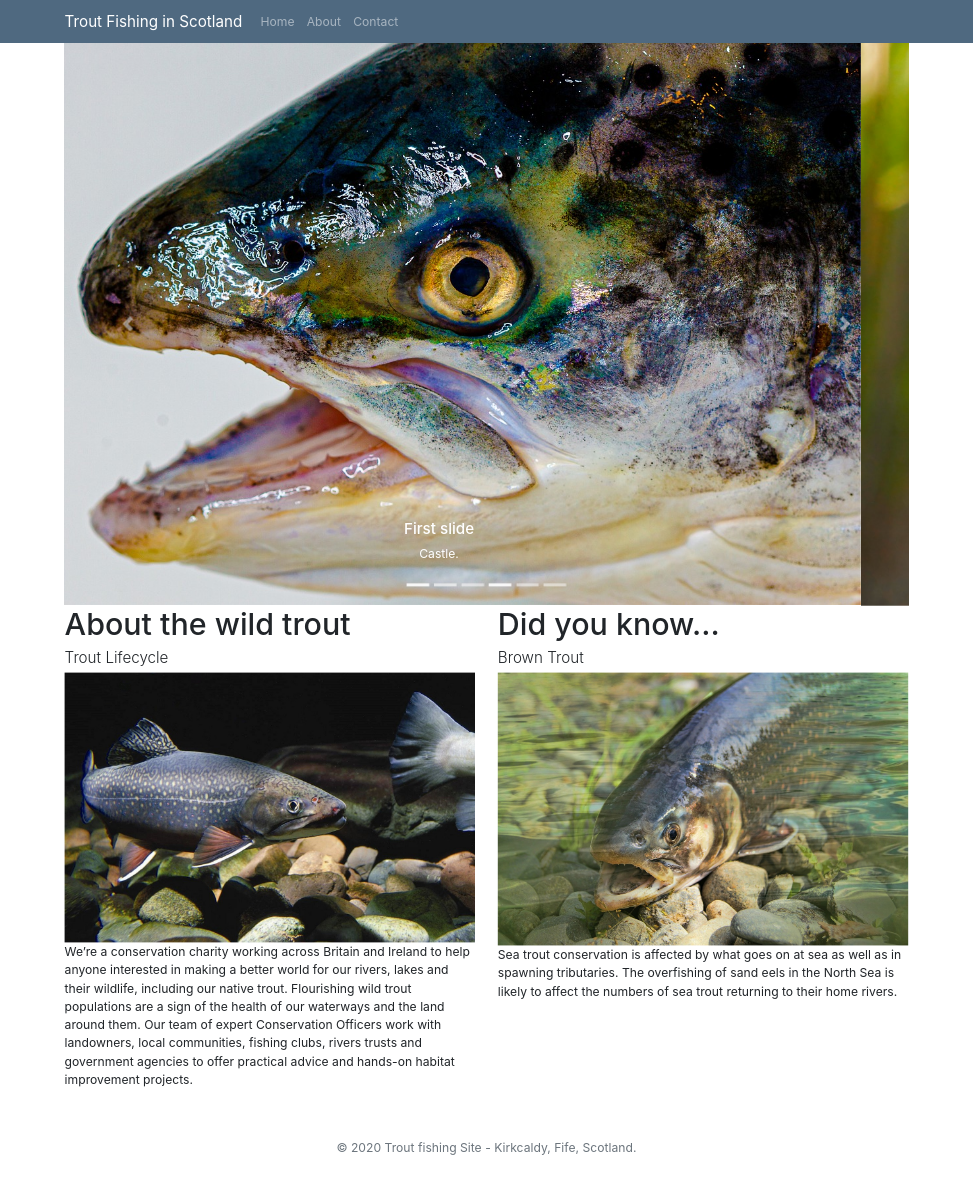
Repository: adrian9211/College_project
Page: about.html
The author's editor kept a copy of each file at every save. The page is drawn from the files as they stood at one save, then again after a run of saves.
The browser window is 1280 px wide. The pictures show the whole page, at 76% of full size.

Above is the page before, as saved 2020-11-04 10:03:21.

### about.html
<!doctype html>
<html lang="en">
  <head>
    <!-- Required meta tags -->
    <meta charset="utf-8">
    <meta name="viewport" content="width=device-width, initial-scale=1, shrink-to-fit=no">

    <!-- Bootstrap CSS -->
    <link rel="stylesheet" href="https://cdn.jsdelivr.net/npm/bootstrap@4.5.3/dist/css/bootstrap.min.css" integrity="sha384-TX8t27EcRE3e/ihU7zmQxVncDAy5uIKz4rEkgIXeMed4M0jlfIDPvg6uqKI2xXr2" crossorigin="anonymous">
    <link rel="stylesheet" href="css/style.css">

    <title>Trout fishing in Scotland</title>
  </head>
  <body>
       <!-- Navigation  bar start -->
       <nav class="navbar navbar-expand-sm navbar-dark sticky-top" role="navigation" id="navbar2" style="background-color: #4F6980;">
        <div class="container">
          <a href="index.html"><span class="navbar-brand">Trout Fishing in Scotland</span></a>
          <button class="navbar-toggler" data-toggle="collapse" data-target="#collapse_target">
            <span class="navbar-toggler-icon"></span>
          </button>
          <div class="collapse navbar-collapse" id="collapse_target">
          <ul class="navbar-nav " >
            <li class="nav-item ">
              <a class="nav-link " href="index.html">Home </a>
            </li>
            <li class="nav-item active` ">
              <a class="nav-link " href="about.html">About</a>
            </li>
            <li class="nav-item ">
              <a class="nav-link " href="contact.html">Contact</a>
            </li>
          </ul>
        </div>
      </div>
      </nav>
      <!-- Navigation  bar end -->
      <!-- Carousel effect start -->
      <div class="container">
      <div id="carouselExampleIndicators" class="carousel slide" data-ride="carousel">
        <ol class="carousel-indicators">
          <li data-target="#carouselExampleIndicators" data-slide-to="0" class="active"></li>
          <li data-target="#carouselExampleIndicators" data-slide-to="1"></li>
          <li data-target="#carouselExampleIndicators" data-slide-to="2"></li>
          <li data-target="#carouselExampleIndicators" data-slide-to="3" class="active"></li>
          <li data-target="#carouselExampleIndicators" data-slide-to="4"></li>
          <li data-target="#carouselExampleIndicators" data-slide-to="5"></li>
        </ol>
        <div class="carousel-inner">
          <div class="carousel-item active">
            <img src="img/large/salmon-4609407_1280.jpg" class="d-block w-100" alt="...">
            <div class="carousel-caption d-none d-md-block">
              <h5>First slide</h5>
              <p>Castle.</p>
            </div>
          </div>
          <div class="carousel-item">
            <img src="img/large/malachi-brooks-C0NKHxH_tyc-unsplash.jpg" class="d-block w-100" alt="...">
            <div class="carousel-caption d-none d-md-block">
              <h5>Second slide</h5>
              <p>View from high.</p>
            </div>
          </div>
          <div class="carousel-item">
            <img src="img//large/salmon-4609407_1280.jpg" class="d-block w-100" alt="...">
            <div class="carousel-caption d-none d-md-block">
              <h5>Third slide</h5>
              <p>Glenfinnan Viaduct.</p>
            </div>
          </div>
          <div class="carousel-item">
            <img src="img/large/hunter-brumels-i1aaOj95ZFk-unsplash.jpg" class="d-block w-100" alt="...">
            <div class="carousel-caption d-none d-md-block">
              <h5>Fourth slide</h5>
              <p>Lake View.</p>
            </div>
          </div>
          <div class="carousel-item">
            <img src="img/large/rick-wallace-dYfRP9JVHiM-unsplash.jpg" class="d-block w-100" alt="...">
            <div class="carousel-caption d-none d-md-block">
              <h5>Fifth slide</h5>
              <p>View of Edinburgh.</p>
            </div>
          </div>
          <div class="carousel-item">
            <img src="img/large/malachi-brooks-F26bq3Zv9p0-unsplash.jpg" class="d-block w-100" alt="...">
            <div class="carousel-caption d-none d-md-block">
              <h5>Sixth slide</h5>
              <p>Neist Point Lighthouse on the Isle of Skye.</p>
            </div>
          </div>
        </div>
        <a class="carousel-control-prev" href="#carouselExampleIndicators" role="button" data-slide="prev">
          <span class="carousel-control-prev-icon" aria-hidden="true"></span>
          <span class="sr-only">Previous</span>
        </a>
        <a class="carousel-control-next" href="#carouselExampleIndicators" role="button" data-slide="next">
          <span class="carousel-control-next-icon" aria-hidden="true"></span>
          <span class="sr-only">Next</span>
        </a>
      </div>
    </div>

      <!-- Carousel effect end -->
    <!-- Main section start -->
    <div class="container">
      <div class="row">
        <div class="col-sm-6">
          <h1>
            About the wild trout
          </h1>
          <h4 class="lead">Trout Lifecycle</h4>
          <img src="img/large/eastern-brook-trout-959629_1280.jpg" alt="angler" class="img-fluid">
          <p>We’re a conservation charity working across Britain and Ireland to help anyone interested in making a better world for our rivers, lakes and their wildlife, including our native trout. Flourishing wild trout populations are a sign of the health of our waterways and the land around them. Our team of expert Conservation Officers work with landowners, local communities, fishing clubs, rivers trusts and government agencies to offer practical advice and hands-on habitat improvement projects. </p>
        </div>
        <div class="col-sm-6">
          <h1>
            Did you know...
          </h1>
          <h4 class="lead">Brown Trout</h4>
          <img src="img/large/char-585705_1280.jpg" alt="angler" class="img-fluid">
          <p>Sea trout conservation is affected by what goes on at sea as well as in spawning tributaries. The overfishing of sand eels in the North Sea is likely to affect the numbers of sea trout returning to their home rivers.</p>
        </div>
      </div>
    </div>
    <!-- Main section end -->

    <footer class="footer text-center">
      <div class="container">

      <span class="text-muted">&copy; 2020 Trout fishing Site - Kirkcaldy, Fife, Scotland.</span>
      </div>
     </footer>

    <!-- Scripts for bootstrap -->
    <script src="https://code.jquery.com/jquery-3.5.1.slim.min.js" integrity="sha384-DfXdz2htPH0lsSSs5nCTpuj/zy4C+OGpamoFVy38MVBnE+IbbVYUew+OrCXaRkfj" crossorigin="anonymous"></script>
    <script src="https://cdn.jsdelivr.net/npm/bootstrap@4.5.3/dist/js/bootstrap.bundle.min.js" integrity="sha384-ho+j7jyWK8fNQe+A12Hb8AhRq26LrZ/JpcUGGOn+Y7RsweNrtN/tE3MoK7ZeZDyx" crossorigin="anonymous"></script>
  </body>
</html>

### css/style.css
.jumbotron {
    background-image: url("../img/trout.png");
    background-color: #79b3e6;
    background-size: cover;
    height: 40vh;
}

.alt {
    position: relative;
    top: -50px;
    color: #fff;
}

.navbar-text {
    font-size: 1.5rem;
    padding-right: 100px;
}

.customFooter {
    padding-top: 50px;
}

footer {
    padding-bottom: 50px;
    padding-top: 50px;
}

.contactMainHeading img {
    background-image: cover;

}

After the next 2 saves:
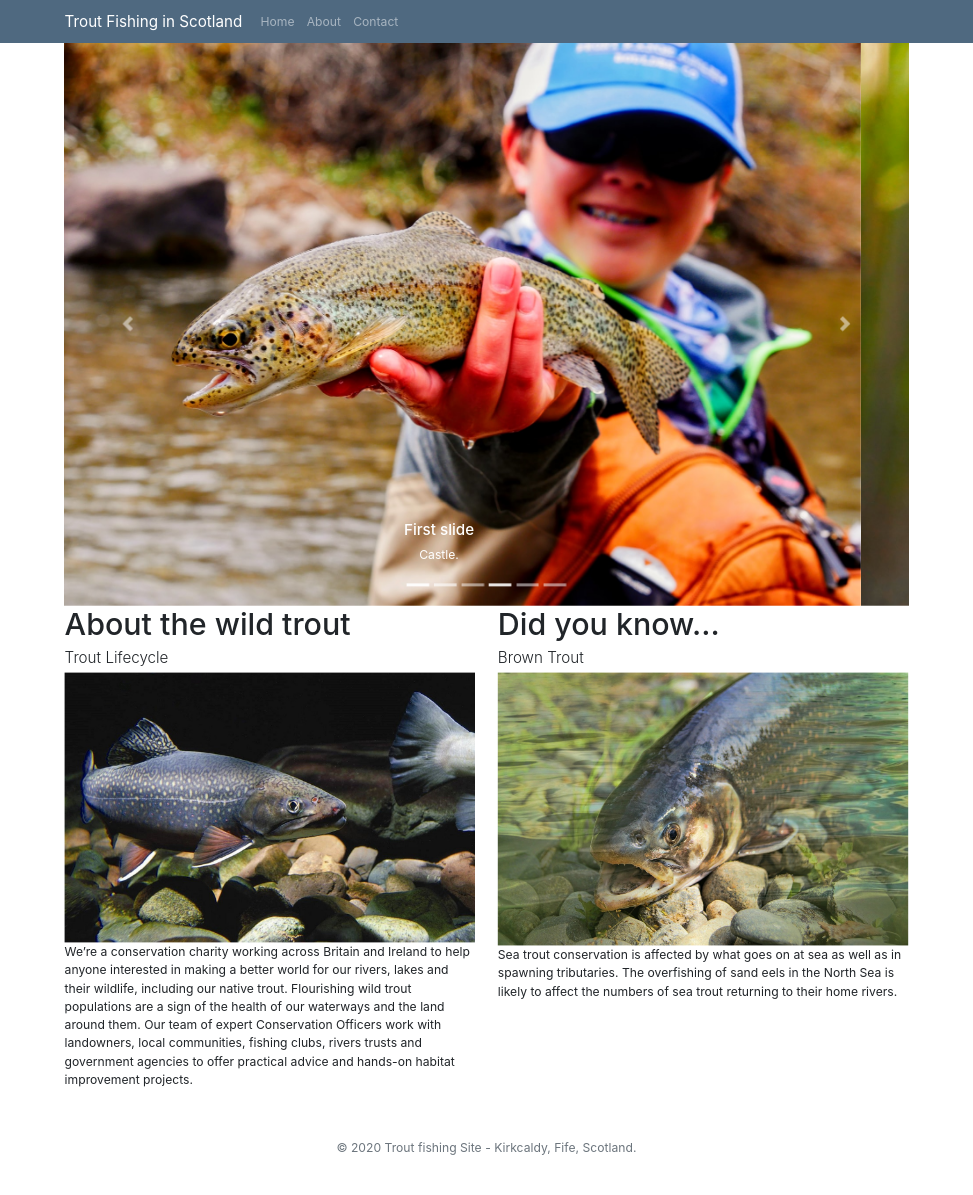
Not found: img//large/salmon-4609407_1280.jpg
The 2 saves are shown as one change because they came seconds apart.
The last was saved 62 s later.
--- a/about.html
+++ b/about.html
@@ -48,7 +48,7 @@
         </ol>
         <div class="carousel-inner">
           <div class="carousel-item active">
-            <img src="img/large/salmon-4609407_1280.jpg" class="d-block w-100" alt="...">
+            <img src="img/large/malachi-brooks-F26bq3Zv9p0-unsplash.jpg" class="d-block w-100" alt="...">
             <div class="carousel-caption d-none d-md-block">
               <h5>First slide</h5>
               <p>Castle.</p>
